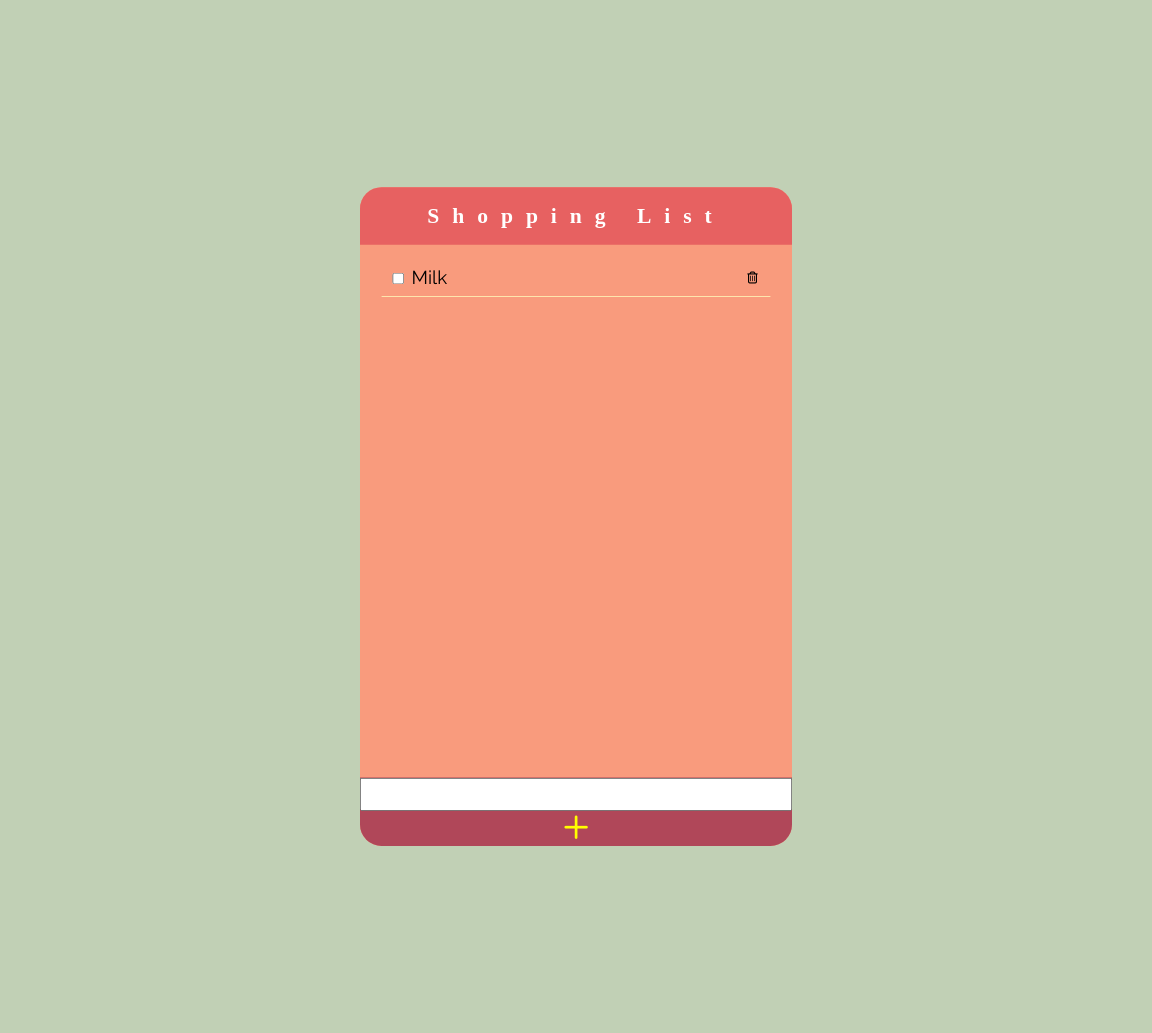
Repository: sephinejo/shopping-list-app
Page: index.html
An editor plug-in stored every save of this project. The page is shown before and after the next save, followed by the edit.
The browser window is 1280 px wide. The pictures show the whole page, at 90% of full size.
The pointer rests on the first visible `.item__delete`.
Some web fonts or font styles are not loaded; a fallback is used. Some web libraries are served in a nearby version.

Above is the page before, as saved 2023-05-12 16:00:15.

### index.html
<!DOCTYPE html>
<html lang="en">
  <head>
    <meta charset="UTF-8" />
    <meta http-equiv="X-UA-Compatible" content="IE=edge" />
    <meta name="viewport" content="width=device-width, initial-scale=1.0" />
    <title>Shopping List 🛍️🛒</title>
    <link rel="preconnect" href="https://fonts.googleapis.com" />
    <link rel="preconnect" href="https://fonts.gstatic.com" crossorigin />
    <link
      href="https://fonts.googleapis.com/css2?family=Alice&family=Raleway:wght@400;600;700;800&display=swap"
      rel="stylesheet"
    />
    <script
      src="https://kit.fontawesome.com/9ac80604cb.js"
      crossorigin="anonymous"
    ></script>
    <script src="main.js" defer></script>
    <link rel="stylesheet" href="style.css" />
  </head>
  <body>
    <section class="container">
      <header class="header">Shopping List</header>
      <ul class="items">
        <li class="item__row">
          <div class="item">
            <input id="item__checkbox" name="item__checkbox" type="checkbox" />
            <label for="item__checkbox">Milk</label>
          </div>
          <button class="item__delete">
            <i class="fa-regular fa-trash-can"></i>
          </button>
        </li>
        <div class="item__divider"></div>
      </ul>
      <footer>
        <input class="input" type="text" />
        <button class="footer__add">
          <i class="fa-regular fa-plus"></i>
        </button>
      </footer>
    </section>
  </body>
</html>

### style.css
* {
  box-sizing: border-box;
}

body {
  text-align: center;
  background-color: #c1d0b5;
}

.container {
  margin: 13rem auto;
  width: 30rem;
  background-color: #f99b7d;
  border-radius: 1.5rem;
}

button {
  outline: none;
  background: transparent;
  border: none;
  cursor: pointer;
}

/* Header */
.header {
  height: 4rem;
  padding: 1.2rem;
  font-family: 'Alice';
  font-size: 1.5rem;
  font-weight: 700;
  color: white;
  letter-spacing: 0.9rem;
  background: #e76161;
  border-radius: 1.5rem 1.5rem 0 0;
}

/* Items */
.items {
  height: 35rem;
  overflow-y: auto;
  padding: 0;
}

.item__row {
  display: flex;
  justify-content: space-between;
  padding: 0.5rem 2rem;
  font-size: 1.3rem;
  font-family: 'Raleway';
  font-weight: 500;
}

.item__divider {
  width: 90%;
  height: 1px;
  background-color: #ffeeb3;
  margin: auto;
}

.item__delete {
  transition: all 300ms ease-in;
}

.item__delete:hover {
  color: ;
}

/* Footer */
footer {
  background: #b04759;
  display: flex;
  flex-direction: column;
  border-radius: 0 0 1.5rem 1.5rem;
}

.input {
  height: 2.3rem;
  outline: none;
  font-family: 'Raleway';
  font-size: 1.3rem;
}

.footer__add {
  border-radius: 1rem;
  font-size: 2rem;
  color: yellow;
}

Loaded but not shown: main.js (no copy from this time; the picture is the same without it)

After the next save:
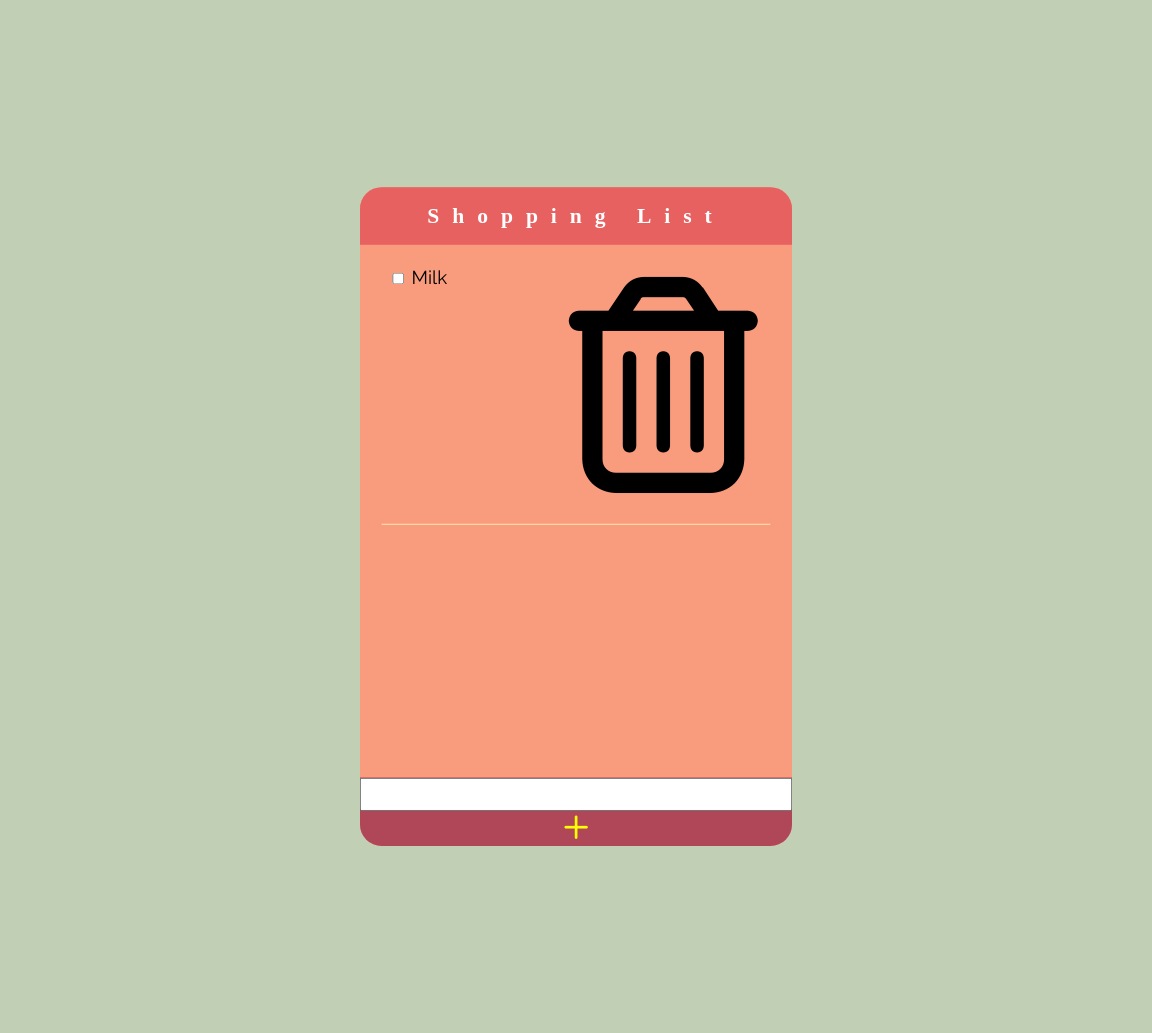
Saved 17 s later.
--- a/style.css
+++ b/style.css
@@ -62,6 +62,7 @@ button {
 }
 
 .item__delete:hover {
+  font-size: 15rem;
   color: ;
 }
 
